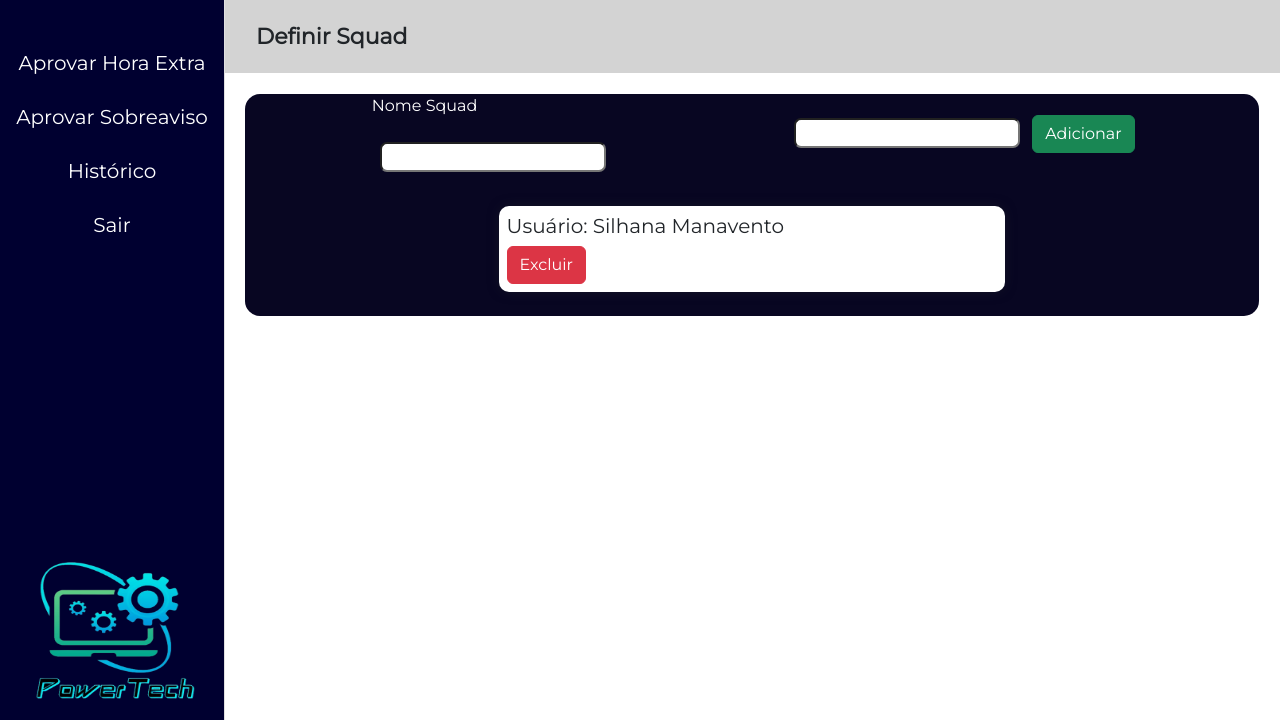
Repository: PowerTech-Fatec/API-2RP-NET
Page: /adm/squad (app in Sprint 3/2rp-web/)
These files come from the project's save history. The page is drawn as it stood at one moment and after the next save; the edit follows.
The browser window is 1280 px wide. The pictures show the whole page.
The project was rebuilt for these pictures with package versions that can differ from the ones it lists, and the page was loaded fresh each time. Also part of the build but not shown: Sprint 3/2rp-web/src/pages/login/login.js, Sprint 3/2rp-web/src/pages/home/dashboard.js, Sprint 3/2rp-web/src/pages/home/sobreaviso/sobreaviso.css, Sprint 3/2rp-web/src/pages/home/sobreaviso/sobreaviso.js, Sprint 3/2rp-web/src/pages/home/hora-extra/hora-extra.css, Sprint 3/2rp-web/src/pages/home/hora-extra/hora-extra.js, Sprint 3/2rp-web/src/components/cards/Cards.js, Sprint 3/2rp-web/src/pages/home/gestor/aprovar-hora-extra/gestor.js and 3 more.

Above is the page before, as saved 2022-11-02 16:46:54.

After the next save:
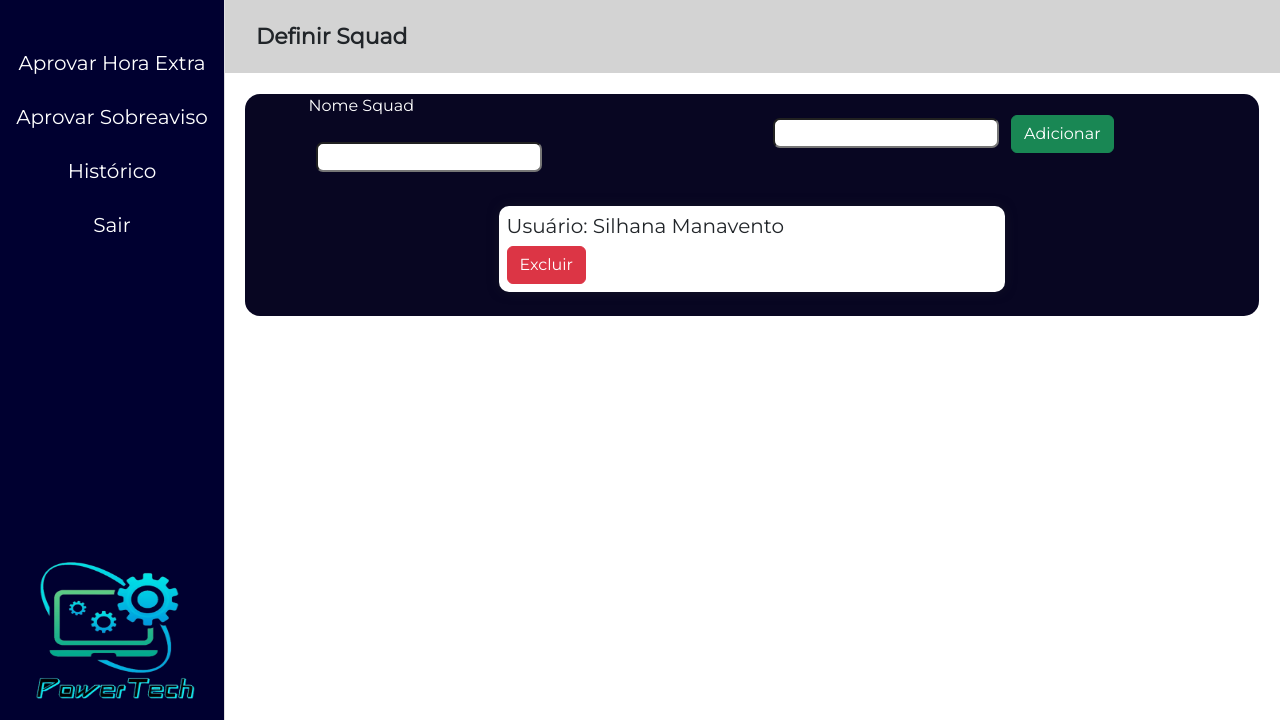
Saved 14 s later.
--- a/Sprint 3/2rp-web/src/pages/home/adm/squad/def-squad.js
+++ b/Sprint 3/2rp-web/src/pages/home/adm/squad/def-squad.js
@@ -16,7 +16,7 @@ function Squad() {
 
             <div>
             <div className="col-12 d-flex justify-content-around">
-            <div className="col-4 offset-1">
+            <div className="col-4">
             <span>
             <label className="font">Nome Squad</label> <input className="squad-name mt-4 mb-4 ml-2"></input>
             </span>
